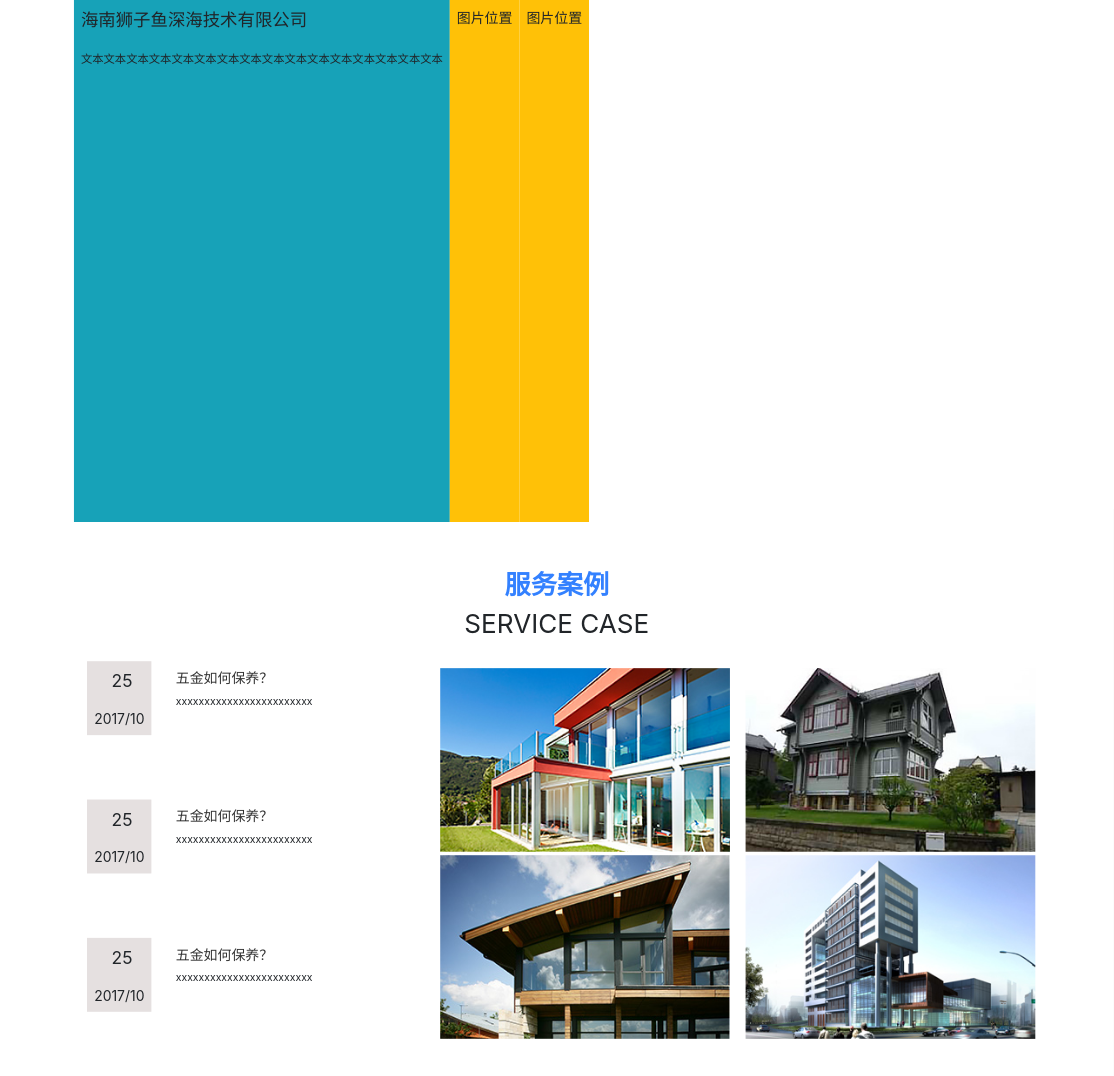
Repository: Noitom/Hadalsnailfish
Page: src/main/resources/static/html/main.html
An editor plug-in stored every save of this project. The page is shown before and after the next save, followed by the edit.
The browser window is 1280 px wide. The pictures show the whole page, at 87% of full size.

Above is the page before, as saved 2021-12-14 17:59:16.
Console error: TypeError: Cannot read properties of undefined (reading 'offsetTop')

After the next save:
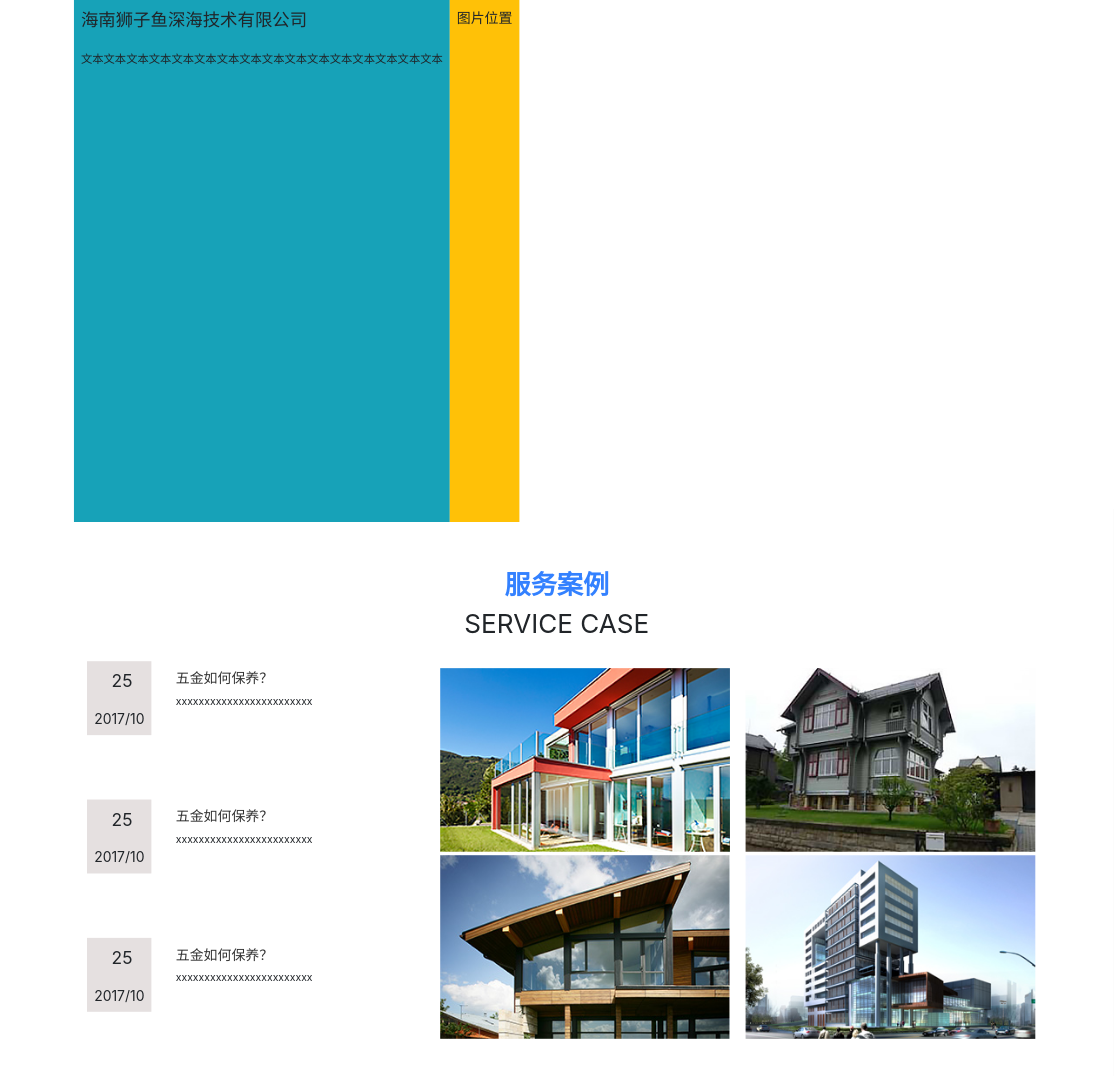
Saved 14 s later.
--- a/src/main/resources/static/html/main.html
+++ b/src/main/resources/static/html/main.html
@@ -66,7 +66,7 @@
                 <span>文本文本文本文本文本文本文本文本文本文本文本文本文本文本文本文本</span>
             </div>
             <div class="p-2 bg-warning ">图片位置</div>
-            <div class="p-2 bg-warning ">图片位置</div>
+
           </div>
         <!-- <div class="szy-tow">
             <p>海南狮子鱼深海技术有限公司</p>

After the save that followed:
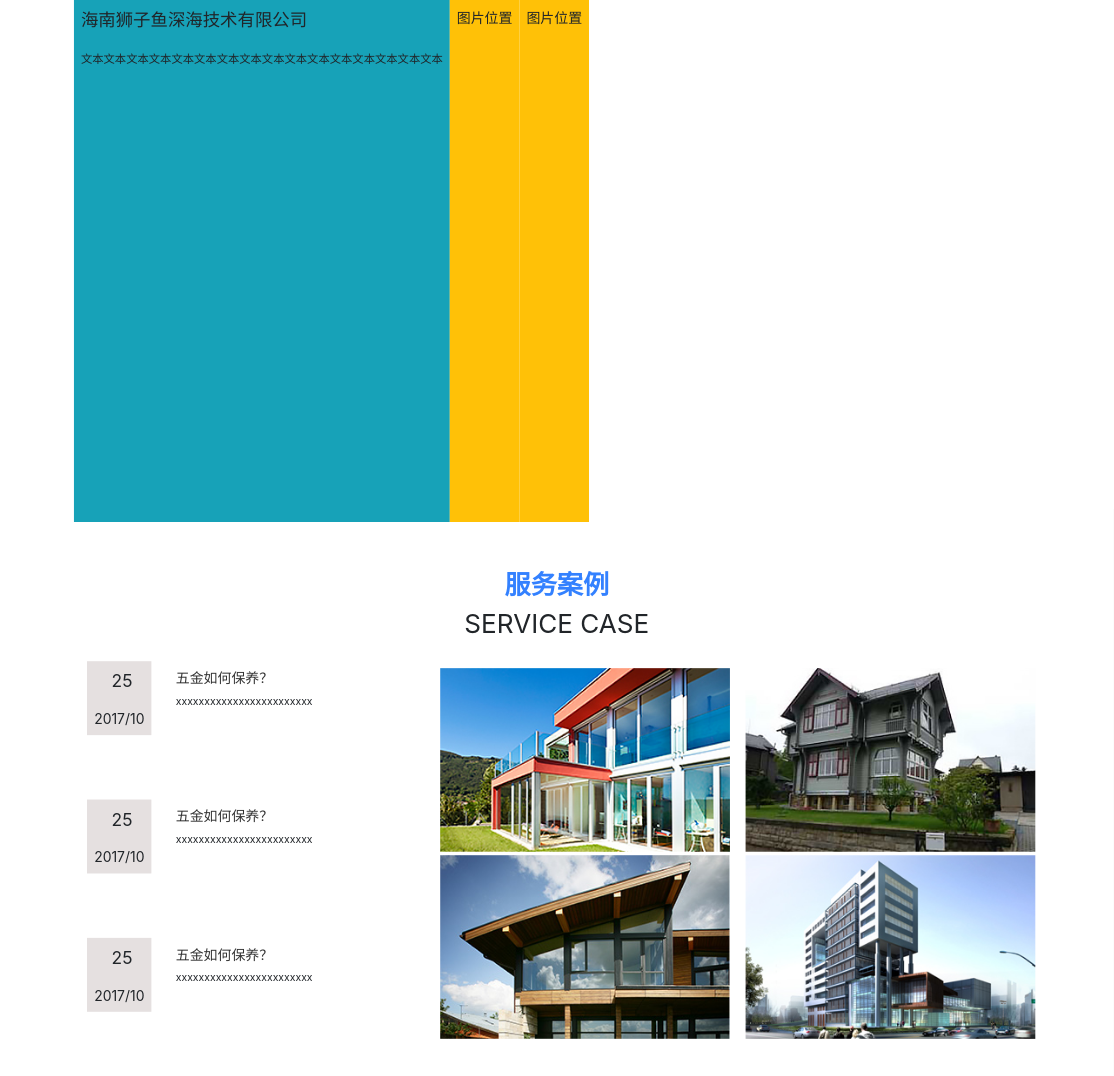
Saved 10 s later.
--- a/src/main/resources/static/html/main.html
+++ b/src/main/resources/static/html/main.html
@@ -66,7 +66,7 @@
                 <span>文本文本文本文本文本文本文本文本文本文本文本文本文本文本文本文本</span>
             </div>
             <div class="p-2 bg-warning ">图片位置</div>
-
+            <div class="p-2 bg-warning ">图片位置</div>
           </div>
         <!-- <div class="szy-tow">
             <p>海南狮子鱼深海技术有限公司</p>
